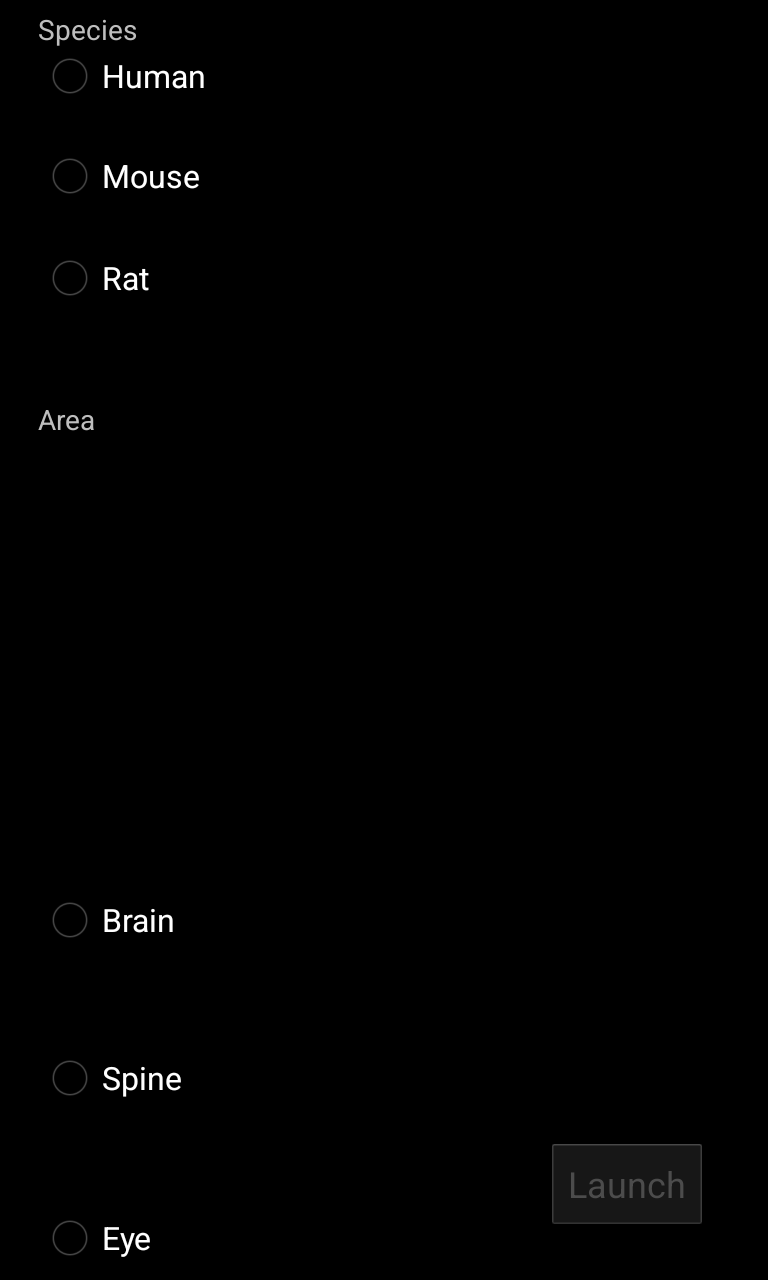
Repository: Ekarg/CSCE315Project3
Layout: Project3/res/layout/activity_main.xml
The author's editor kept a copy of each file at every save. The layout is drawn from the files as they stood at one save, then again after a run of saves.
It is drawn on a 768 x 1280 px phone screen (xhdpi) without system bars, with theme android:Theme.Holo; the app's code is not run.

Above is the layout before, as saved 2013-11-27 19:54:47.

### Project3/res/layout/activity_main.xml
<RelativeLayout xmlns:android="http://schemas.android.com/apk/res/android"
    xmlns:tools="http://schemas.android.com/tools"
    android:layout_width="match_parent"
    android:layout_height="match_parent"
    android:paddingBottom="5dp"
    android:paddingLeft="5dp"
    android:paddingRight="5dp"
    android:paddingTop="5dp"
    tools:context=".MainActivity" >

    <Button
        android:id="@+id/button1"
        android:layout_width="wrap_content"
        android:layout_height="wrap_content"
        android:layout_alignParentBottom="true"
        android:layout_alignParentRight="true"
        android:layout_marginBottom="19dp"
        android:layout_marginRight="24dp"
        android:enabled = "false"
		android:onClick="launch"
        android:text="@string/Button" />

    <TextView
        android:id="@+id/textView1"
        android:layout_width="wrap_content"
        android:layout_height="wrap_content"
        android:layout_marginLeft="14dp"
        android:layout_alignParentTop="true"
        android:text="@string/species" />

   <RadioGroup
        android:id="@+id/radioGroup1"
        android:layout_width="fill_parent"
        android:layout_height="wrap_content"
        android:layout_alignParentTop="true"
        android:layout_centerHorizontal="true"
        android:orientation="vertical" >

        <RadioButton
            android:id="@+id/radioButton1"
            android:layout_width="wrap_content"
            android:layout_height="wrap_content"
            android:layout_marginLeft="14dp"
            android:checked = "false"
            android:layout_marginTop="17dp"
            android:text="@string/human"
            android:onClick="onRadioButtonClicked"/>

        <RadioButton
            android:id="@+id/radioButton2"
            android:layout_width="wrap_content"
            android:layout_height="wrap_content"
            android:layout_marginLeft="14dp"
            android:checked = "false"
            android:layout_marginTop="18dp"
            android:text="@string/mouse"
            android:onClick="onRadioButtonClicked"/>

        <RadioButton
            android:id="@+id/radioButton3"
            android:layout_width="wrap_content"
            android:layout_height="wrap_content"
            android:layout_marginLeft="14dp"
            android:checked = "false"
            android:layout_marginTop="19dp"
            android:text="@string/rat"
            android:onClick="onRadioButtonClicked"/>
    </RadioGroup>

    <TextView
        android:id="@+id/textView2"
        android:layout_width="wrap_content"
        android:layout_height="wrap_content"
        android:layout_alignLeft="@+id/textView1"
        android:layout_below="@+id/radioGroup1"
        android:layout_marginTop="45dp"
        android:text="@string/area"
        android:onClick="onRadioButtonClicked" />

     <RadioGroup
        android:id="@+id/radioGroup2"
        android:layout_width="fill_parent"
        android:layout_height="wrap_content"
        android:checked = "false"
        android:layout_alignParentBottom="true"
        android:layout_centerHorizontal="true"
        android:orientation="vertical" >

	    <RadioButton
	        android:id="@+id/radioButton5"
	        android:layout_width="wrap_content"
	        android:layout_height="wrap_content"
	        android:checked = "false"
	        android:layout_marginLeft="14dp"
	        android:layout_marginTop="46dp"
	        android:text="@string/brain"
	        android:onClick="onRadioButtonClicked" />

	    <RadioButton
	        android:id="@+id/radioButton4"
	        android:layout_width="wrap_content"
	        android:layout_height="wrap_content"
	        android:checked = "false"
	        android:layout_marginLeft="14dp"
	        android:layout_marginTop="47dp"
	        android:text="@string/spine"
	        android:onClick="onRadioButtonClicked"/>

	     <RadioButton
         android:id="@+id/radioButton6"
         android:layout_width="wrap_content"
         android:layout_height="wrap_content"
         android:checked = "false"
         android:layout_marginLeft="14dp"
         android:layout_marginTop="48dp"
         android:text="@string/eye"
         android:onClick="onRadioButtonClicked" />
	</RadioGroup>



</RelativeLayout>

### Project3/res/values/strings.xml
<?xml version="1.0" encoding="utf-8"?>
<resources>

    <string name="app_name">Show Me the.... Neuron!</string>
    <string name="action_settings">Settings</string>
    <string name="hello_world">Hello world!</string>
    <string name="Button">Launch</string>
    <string name="title_activity_second">Neuron Display</string>
    <string name="species">Species</string>
    <string name="human">Human</string>
    <string name="mouse">Mouse</string>
    <string name="rat">Rat</string>
    <string name="area">Area</string>
    <string name="eye">Eye</string>
    <string name="brain">Brain</string>
    <string name="spine">Spine</string>


</resources>

After the next 2 saves:
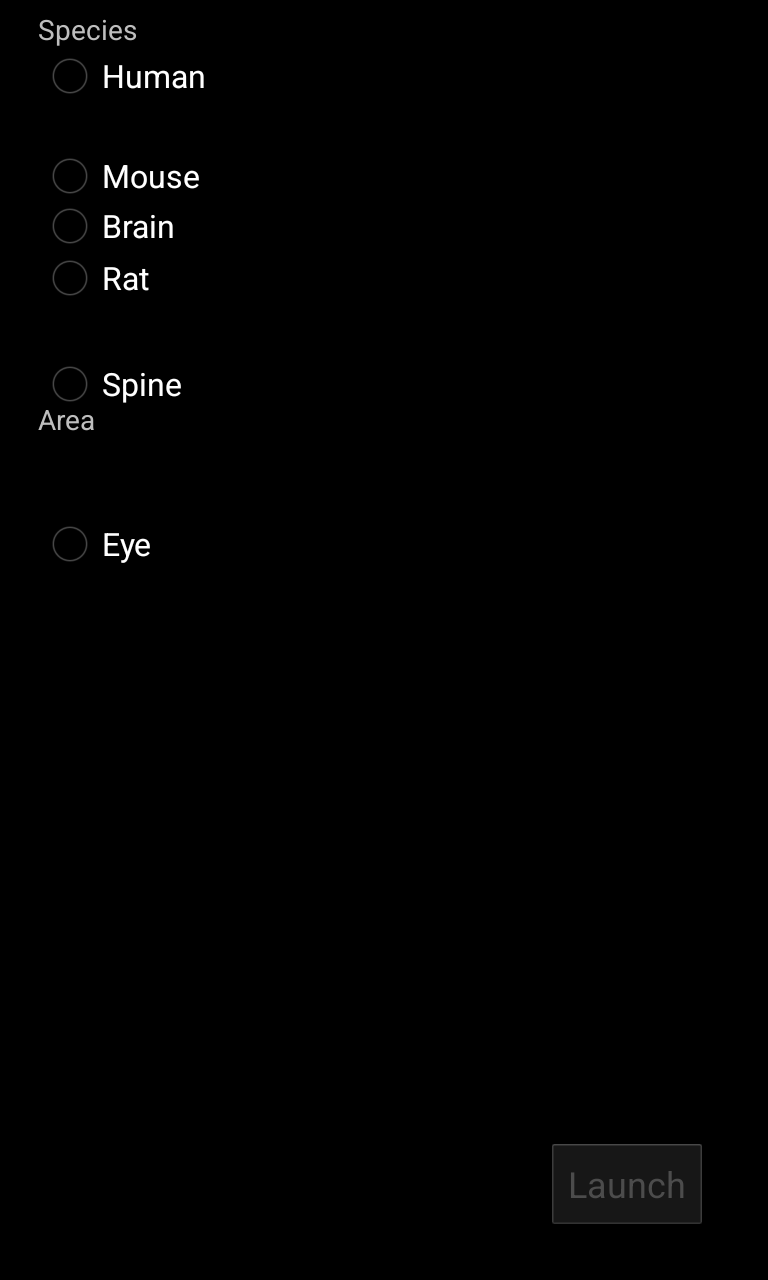
The 2 saves are shown as one change because they came seconds apart.
The last was saved 29 s later.
--- a/Project3/res/layout/activity_main.xml
+++ b/Project3/res/layout/activity_main.xml
@@ -82,7 +82,7 @@
         android:layout_width="fill_parent"
         android:layout_height="wrap_content"
         android:checked = "false"
-        android:layout_alignParentBottom="true"
+        android:layout_marginTop="46dp"
         android:layout_centerHorizontal="true"
         android:orientation="vertical" >
 
